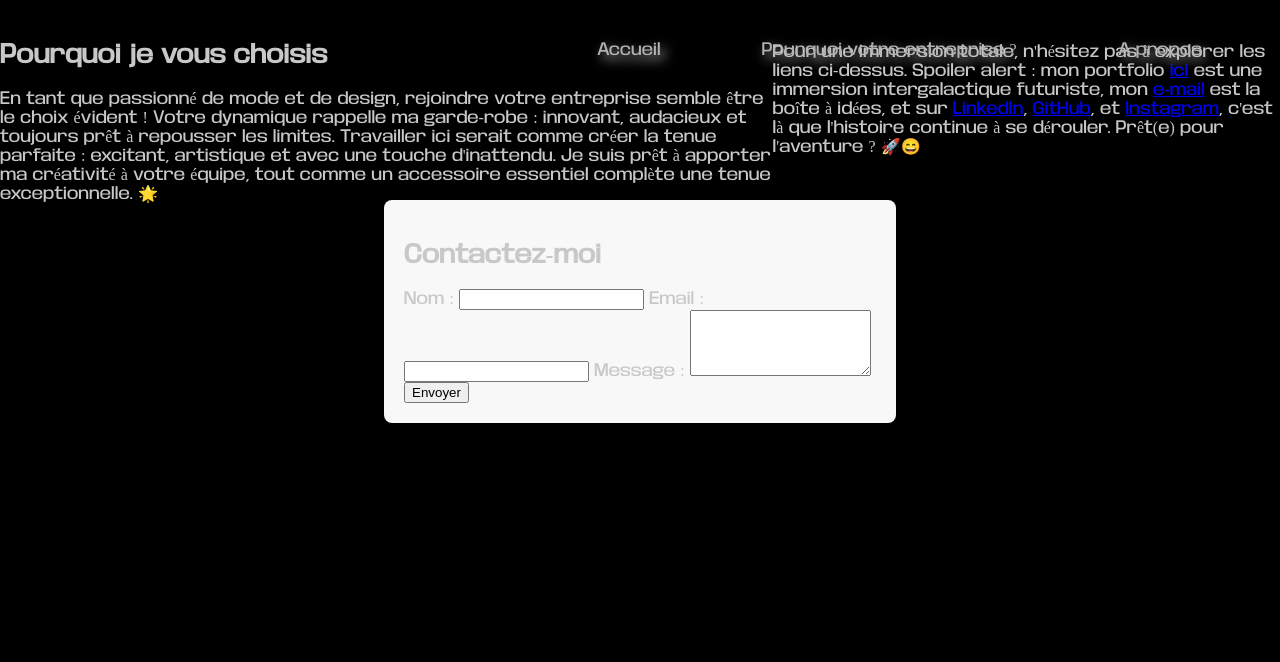
Repository: inessben/application
Page: about/about.html
These files come from the project's save history. The page is drawn as it stood at one moment and after the next save; the edit follows.
The browser window is 1280 px wide. The pictures show the whole page.

Above is the page before, as saved 2023-12-03 21:52:55.

### about/about.html
<!DOCTYPE html>
<html lang="en">
<head>
    <meta charset="UTF-8">
    <meta name="viewport" content="width=device-width, initial-scale=1.0">
    <!-- generate the icon -->
    <link rel="apple-touch-icon" sizes="180x180" href="/favicon/apple-touch-icon.png">
    <link rel="icon" type="image/png" sizes="32x32" href="/favicon/favicon-32x32.png">
    <link rel="icon" type="image/png" sizes="16x16" href="/favicon/favicon-16x16.png">
    <link rel="manifest" href="/favicon/site.webmanifest">
    <link rel="mask-icon" href="/favicon/safari-pinned-tab.svg" color="#5bbad5">
    <meta name="msapplication-TileColor" content="#da532c">
    <!--  -->
    <meta name="theme-color" content="#333333">
    <title>#slowlyApplication</title>
    <link rel="stylesheet" href="about.css">
</head>
<body>
    <section id="nav-header">
        <header class="nav-links">
            <a href="./index.html" class="link">Accueil</a>
            <a href="./company/company.html" class="link">Pourquoi votre entreprise ?</a>
            <a href="../../about/about.html" class="link">A propos</a>
        </header>
    </section>
    <section id="description">
        <h1>Pourquoi je vous choisis</h1>
        <p> En tant que passionné de mode et de design, rejoindre votre entreprise semble être le choix évident ! Votre dynamique rappelle ma garde-robe : innovant, audacieux et toujours prêt à repousser les limites. Travailler ici serait comme créer la tenue parfaite : excitant, artistique et avec une touche d'inattendu. Je suis prêt à apporter ma créativité à votre équipe, tout comme un accessoire essentiel complète une tenue exceptionnelle. 🌟 </p>
    </section>

    <section id="contact-form-container">
        <form id="contact-form">
        <h2>Contactez-moi</h2>

        <label for="name">Nom :</label>
        <input type="text" id="name" name="name" required>

        <label for="email">Email :</label>
        <input type="email" id="email" name="email" required>

        <label for="message">Message :</label>
        <textarea id="message" name="message" rows="4" required></textarea>

        <button type="submit">Envoyer</button>
        </form>
    </section>

    <footer>
        <p>Pour une immersion totale, n'hésitez pas à explorer les liens ci-dessus. Spoiler alert : mon portfolio <a href="https://iness-portfolio.vercel.app/">ici</a> est une immersion intergalactique futuriste, mon <a href="mailto:ine.benss@gmail.com">e-mail</a> est la boîte à idées, et sur <a href="https://www.linkedin.com/in/iness-benaissa/">LinkedIn</a>, <a href="lien-vers-ton-github">GitHub</a>, et <a href="lien-vers-ton-insta">Instagram</a>, c'est là que l'histoire continue à se dérouler. Prêt(e) pour l'aventure ? 🚀😄</p>
    </footer>

</body>
</html>

### about/about.css

@font-face {
    font-family: "Jolley";
    src: url("/fonts/jolley.woff");
    }

@font-face {
    font-family: "Base Neue";
    src: url("/fonts/base-neue.ttf");
    }

html {
    scroll-behavior: smooth;
    }

body {
    margin: 0;
    font-family: "Base Neue";
    display: flex;
    align-items: center;
    justify-content: center;
    background-color: #000000;
    color: #c8c8c8;
    padding: 0;
    }

#nav-header {
    position: absolute;
    top: 30px;
    right: 20px;
    font-size: 16px;
    font-weight: 500;
    padding: 10px;
    }

.link {
    filter: drop-shadow(4px 5px 6px #b2b1b1);
    padding: 8px;
    text-decoration: none;
    color: #b3b3b3;
    margin: auto 40px;
    }

.link:hover {
    opacity: 0.7;
    }

#description{
    position: relative;
    top: 20px;
    color: #c8c8c8;
    }

#contact-form-container {
    position: absolute;
    top: 200px;
    width: 40vw;
    }

#contact-form {
    position: absolute;
    background-color: #f8f8f8;
    padding: 20px;
    border-radius: 8px;
    box-shadow: 0 4px 8px rgba(0, 0, 0, 0.1);
    transition: transform 0.3s ease-in-out;
    }

/* #contact-form h2 {
    text-align: center;
    color: #333;
    }

#contact-form label {
    margin-top: 10px;
    }

#contact-form input,
#contact-form textarea {
    width: 100%;
    padding: 8px;
    margin-top: 5px;
    margin-bottom: 15px;
    border: 1px solid #ccc;
    border-radius: 4px;
    } */

/* #contact-form button {
    background-color: #4caf50;
    color: white;
    border: none;
    padding: 10px 15px;
    border-radius: 4px;
    cursor: pointer;
    transition: background-color 0.3s ease-in-out;
    }

#contact-form button:hover {
    background-color: #45a049;
    }

#contact-form-container:hover #contact-form {
    transform: rotate(5deg);
    }

footer
{
    position: absolute;
} */

After the next save:
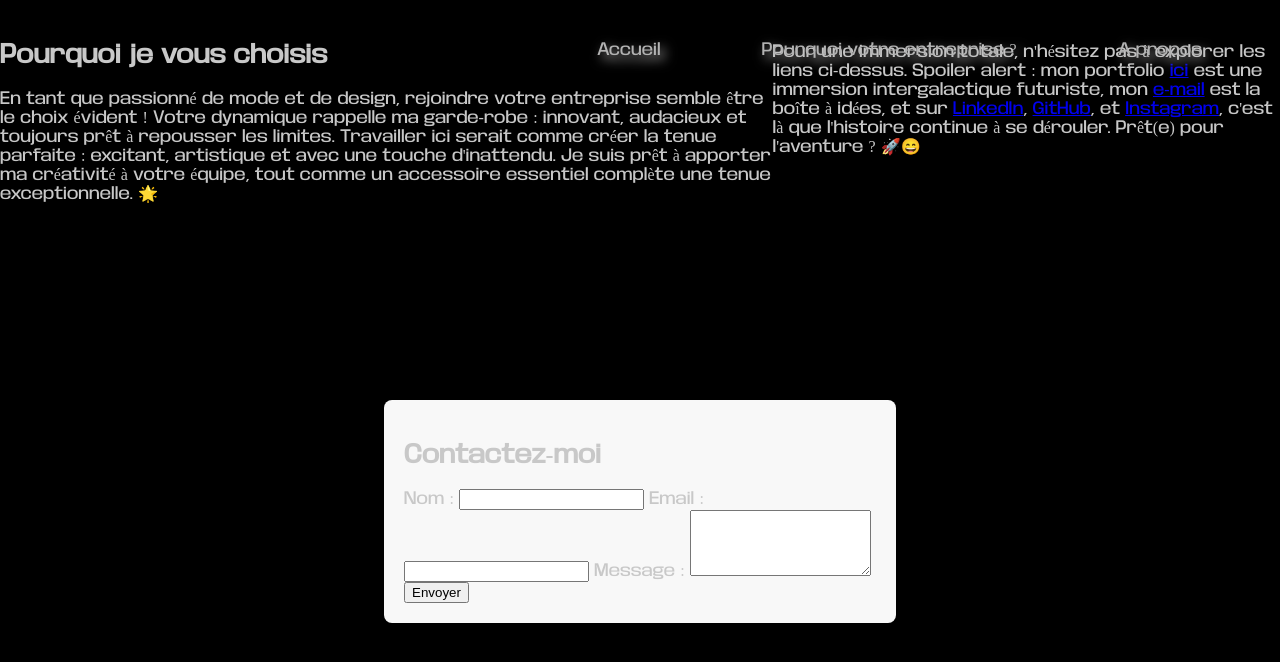
Saved 8 s later.
--- a/about/about.css
+++ b/about/about.css
@@ -53,7 +53,7 @@ body {
 
 #contact-form-container {
     position: absolute;
-    top: 200px;
+    top: 400px;
     width: 40vw;
     }
 
